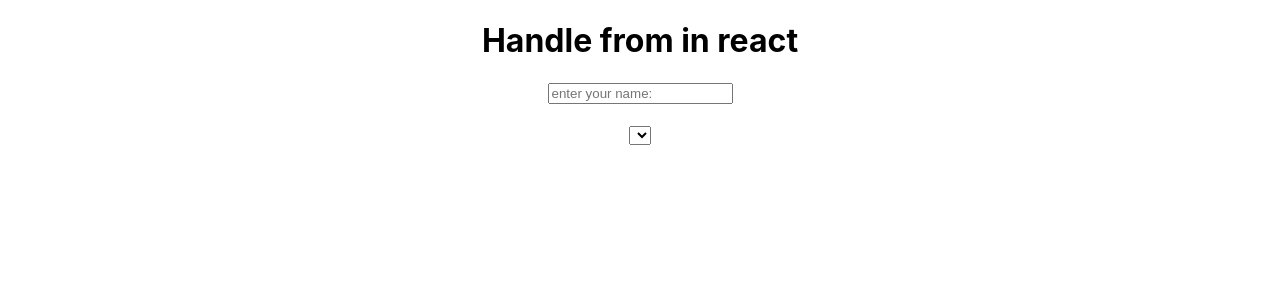
Repository: ShahbazGurmani/react-practice
Page: /
An editor plug-in stored every save of this project. The page is shown before and after the next save, followed by the edit.
The browser window is 1280 px wide. The pictures show the whole page.
The project was rebuilt for these pictures with package versions that can differ from the ones it lists, and the page was loaded fresh each time. Also part of the build but not shown: src/User.js, src/Student.js, src/Records.js.

Above is the page before, as saved 2023-08-23 02:26:20.

### src/index.js
import React from 'react';
import ReactDOM from 'react-dom/client';
import './index.css';
import App from './App';
import Records from './Records';
import reportWebVitals from './reportWebVitals';

const root = ReactDOM.createRoot(document.getElementById('root'));
root.render(
  <React.StrictMode>
  <App/>
  </React.StrictMode>
);

// If you want to start measuring performance in your app, pass a function
// to log results (for example: reportWebVitals(console.log))
// or send to an analytics endpoint. Learn more: https://bit.ly/CRA-vitals
reportWebVitals();

### src/App.js
import logo from './logo.svg';
import React ,{useState} from 'react';
import './App.css';
import  './User';
import Student from './Student';

function App() {

  const [name,setName] = useState(0);
  const[value,setValue] = useState(null);
  const[status,setStatus] = useState(true);

  //simple function

  function apple()
  {
    setName(name+1)
  }

  function getValue(val)
  {
    console.log(val.target.value);
    setValue(val.target.value);
  }


  return (
    <div className="App">
      {/* <h1>{name}</h1> */}
      {/* <button onClick={apple}>
        click me
      </button> */}
      {/* with the help of arrow function() */}
      {/* <button onClick={()=>{apple()}}>
        click me
      </button>
      <Student name={name} email={"shahbaz@gmail.com"} />
      <button onClick={()=>{setName("shahbaz")}}>
        update name
      </button> */}

      {/* get input value from box */}
      {/* <h2>{value}</h2>
      <input type='text' onChange={getValue}></input> */}


      {/* {
        status?<h1>hello world</h1>:null
      } */}
      {/* <button onClick={setStatus(false)}>Hide</button>
      <button onClick={setStatus(true)}>Show</button> */}

      <h1>Handle from in react</h1>
       <form>
          <input type='text' placeholder='enter your name:'/><br/> <br/>
          <select>

          </select>
       </form>


    </div>

  );
}

export default App;

Loaded but not shown: public/index.html (common file); src/index.css (common file); src/reportWebVitals.js (common file); src/App.css (common file)

After the next save:
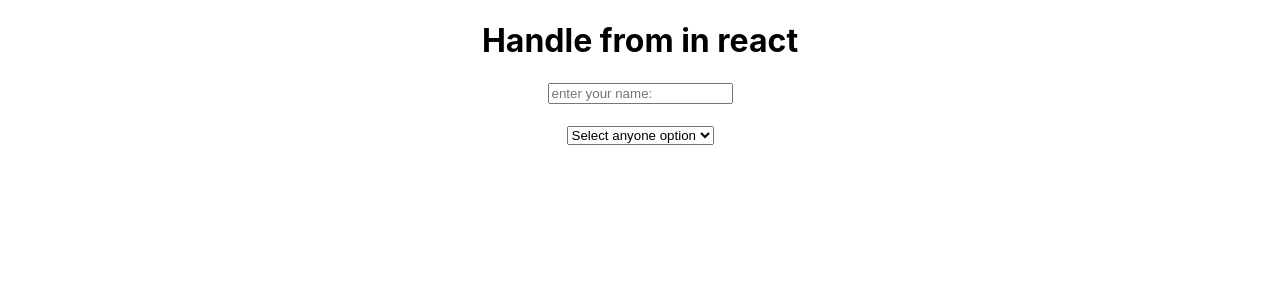
Saved 88 s later.
--- a/src/App.js
+++ b/src/App.js
@@ -54,7 +54,9 @@ function App() {
        <form>
           <input type='text' placeholder='enter your name:'/><br/> <br/>
           <select>
-
+                <option>Select anyone option</option>
+                <option>Mravel</option>
+                <option>BC</option>
           </select>
        </form>
 
